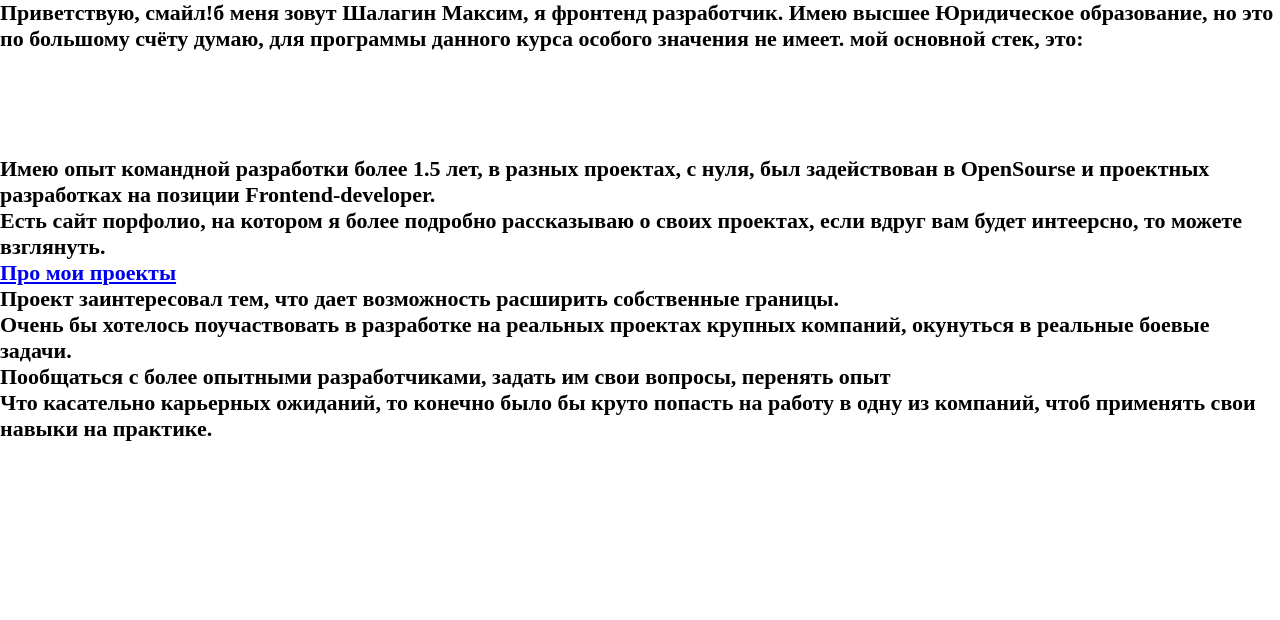
Repository: ni4egonepridumal/letter
Page: index.html
The author's editor kept a copy of each file at every save. The page is drawn from the files as they stood at one save, then again after the next save.
The browser window is 1280 px wide. The pictures show the whole page.

Above is the page before, as saved 2024-01-18 17:12:11.

### index.html
<!DOCTYPE html>
<html lang="en">
  <head>
    <meta charset="UTF-8" />
    <meta name="viewport" content="width=device-width, initial-scale=1.0" />
    <link rel="stylesheet" href="style.css" />
    <title>Document</title>
  </head>
  <body>
    <div class="container">
      <p>
        Приветствую, смайл!б меня зовут Шалагин Максим, я фронтенд разработчик.
        Имею высшее Юридическое образование, но это по большому счёту думаю, для
        программы данного курса особого значения не имеет. мой основной стек,
        это:
      </p>
      <ul>
        <li></li>
        <li></li>
        <li></li>
        <li></li>
      </ul>
      <p>
        Имею опыт командной разработки более 1.5 лет, в разных проектах, с нуля,
        был задействован в OpenSourse и проектных разработках на позиции
        Frontend-developer.
      </p>
      <p>
        Есть сайт порфолио, на котором я более подробно рассказываю о своих
        проектах, если вдруг вам будет интеерсно, то можете взглянуть.
      </p>
      <a href="https://portfolio-three-taupe-20.vercel.app/">Про мои проекты</a>
      <p>
        Проект заинтересовал тем, что дает возможность расширить собственные
        границы.
      </p>
      <p>
        Очень бы хотелось поучаствовать в разработке на реальных проектах
        крупных компаний, окунуться в реальные боевые задачи.
      </p>
      <p>
        Пообщаться с более опытными разработчиками, задать им свои вопросы,
        перенять опыт
      </p>
      <p>
        Что касательно карьерных ожиданий, то конечно было бы круто попасть на
        работу в одну из компаний, чтоб применять свои навыки на практике.
      </p>
    </div>
  </body>
</html>

### style.css
* {
  margin: 0;
  padding: 0;
  box-sizing: border-box;
}

body {
  font-size: 22px;
  font-weight: 700;
}
.container {
  max-width: 1600px;
  margin: 0 auto;
}

After the next save:
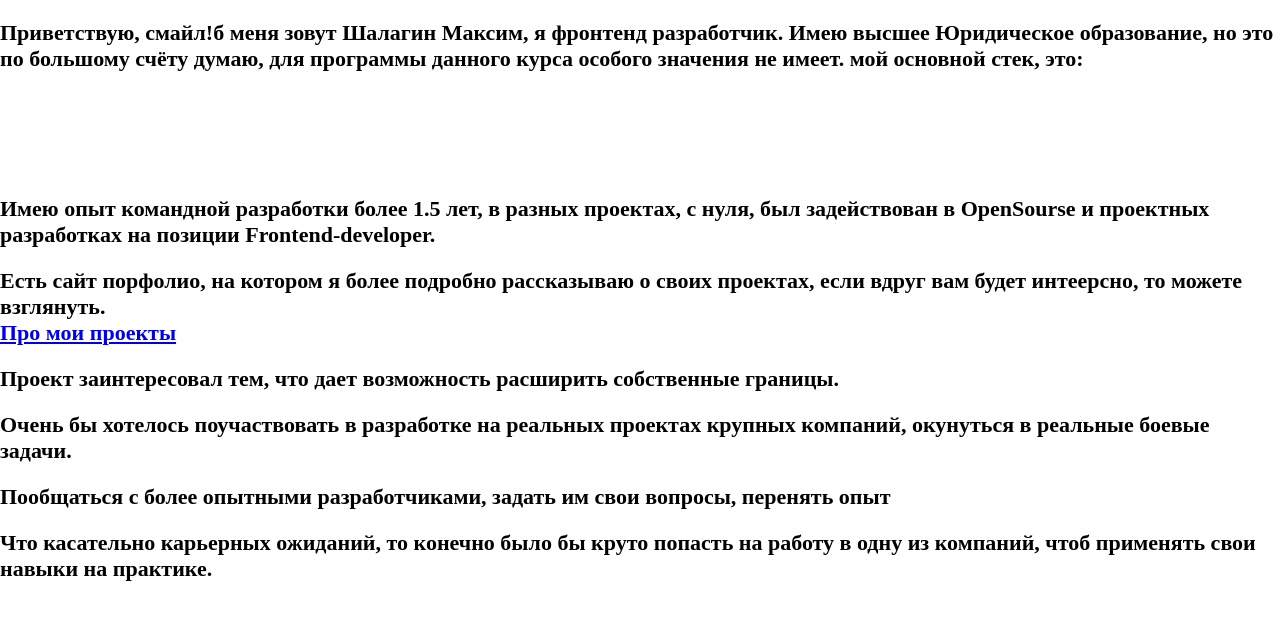
Saved 16 s later.
--- a/style.css
+++ b/style.css
@@ -8,6 +8,9 @@ body {
   font-size: 22px;
   font-weight: 700;
 }
+p {
+  margin-top: 20px;
+}
 .container {
   max-width: 1600px;
   margin: 0 auto;
